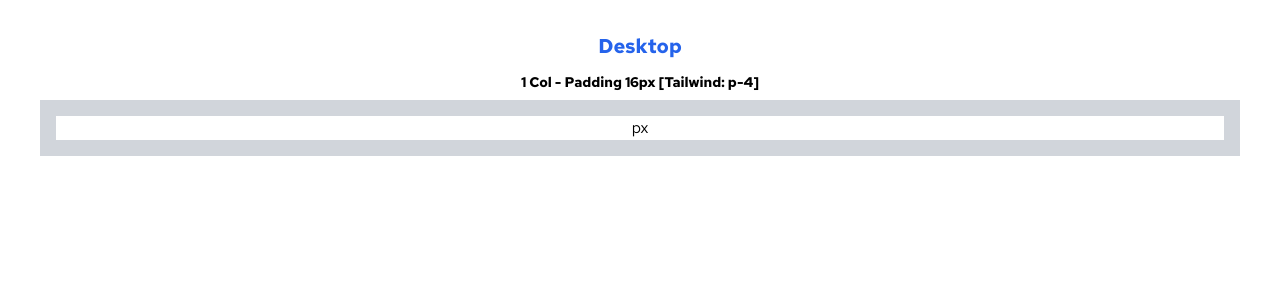
Repository: fabianwurk/vue-tailwind
Page: /
These files come from the project's save history. The page is drawn as it stood at one moment and after the next save; the edit follows.
The browser window is 1280 px wide. The pictures show the whole page.
The project was rebuilt for these pictures with package versions that can differ from the ones it lists, and the page was loaded fresh each time. Also part of the build but not shown: vite.config.js.

Above is the page before, as saved 2021-03-16 23:47:53.
Console error: TypeError: this.innerWidth is not a function

### index.html
<!DOCTYPE html>
<html lang="en">
  <head>
    <link rel="preconnect" href="https://fonts.gstatic.com">
<link href="https://fonts.googleapis.com/css2?family=Red+Hat+Text:wght@400;700&display=swap" rel="stylesheet">
    <meta charset="UTF-8" />
    <link rel="icon" href="/favicon.ico" />
    <meta name="viewport" content="width=device-width, initial-scale=1.0" />
    <title>Vite App</title>
  </head>
  <body>
    <div id="app"></div>
    <script type="module" src="/src/main.js"></script>
  </body>
</html>

### src/App.vue
<template>
  <Large />
  <!--<Medium />-->
</template>

<script setup>
import Large from './components/Large.vue';
// import Medium from './components/Medium.vue';

</script>

### src/index.css
/* ./src/index.css */
@tailwind base;

body {
  font-family: 'Red Hat Text', sans-serif;
}
@tailwind components;
@tailwind utilities;

### src/components/Large.vue
<template>
  <div>

    <div class="container mx-auto">
      <h2 class="text-sm font-bold mb-2 mt-8 text-center">
        <span class="block md:hidden lg:hidden text-center text-blue-600 text-xl">Mobile</span>
        <span class="hidden md:block lg:hidden text-center text-blue-600 text-xl">Tablet</span>
        <span class="hidden md:hidden lg:block text-center text-blue-600 text-xl my-3">Desktop</span>
        1 Col - Padding 16px [Tailwind: p-4]
      </h2>
      <div class="flex items-center">
        <div class="w-full bg-gray-300 mb-4 mt-0 py-4 px-4 text-center">
          <span class="bg-white w-full block" ref="boxWidth">{{width1}}px</span>
        </div>
      </div>
    </div>

  </div>
</template>

<script>
export default {
  data() {
    return {
      width1: null,
    };
  },
  mounted() {
  	this.innerWidth()
  },
  created() {
  window.addEventListener("resize", this.resizeWidthEvent);
  },
  destroyed() {
    window.removeEventListener("resize", this.resizeWidthEvent);
  },
  methods: {
    resizeWidthEvent(e) {
      this.width1 = this.$refs.boxWidth.clientWidth;
    }
  }
}
</script>

### tailwind.config.js
module.exports = {
  purge: ['./index.html', './src/**/*.{vue,js,ts,jsx,tsx}'],
  darkMode: false, // or 'media' or 'class'
  theme: {
    extend: {
      container: {
        'md': {'max': '768px'},
      },
      screens: {
        'xl': {'min': '1200px', 'max': '1280px'},
        '2xl': {'max': '1280px'},
      },
    },
  },
  variants: {
    extend: {},
  },
  plugins: [],
}

Loaded but not shown: src/main.js (common file)

After the next save:
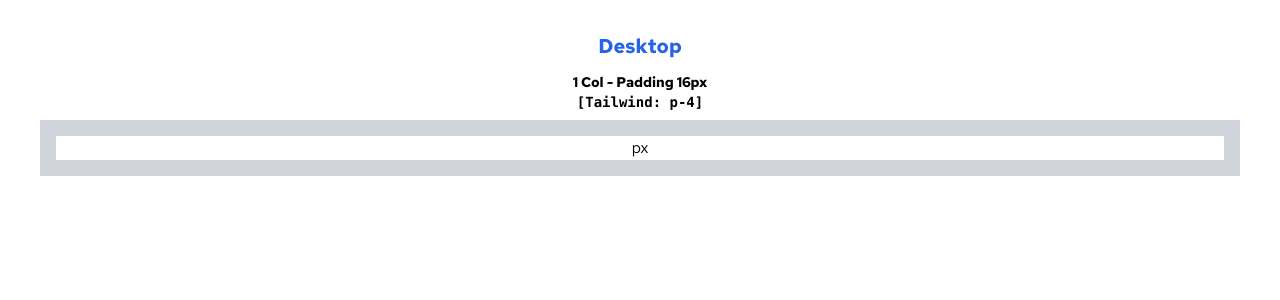
Saved 21 s later.
--- a/src/components/Large.vue
+++ b/src/components/Large.vue
@@ -6,7 +6,7 @@
         <span class="block md:hidden lg:hidden text-center text-blue-600 text-xl">Mobile</span>
         <span class="hidden md:block lg:hidden text-center text-blue-600 text-xl">Tablet</span>
         <span class="hidden md:hidden lg:block text-center text-blue-600 text-xl my-3">Desktop</span>
-        1 Col - Padding 16px [Tailwind: p-4]
+        1 Col - Padding 16px <pre>[Tailwind: p-4]</pre>
       </h2>
       <div class="flex items-center">
         <div class="w-full bg-gray-300 mb-4 mt-0 py-4 px-4 text-center">

After the save that followed:
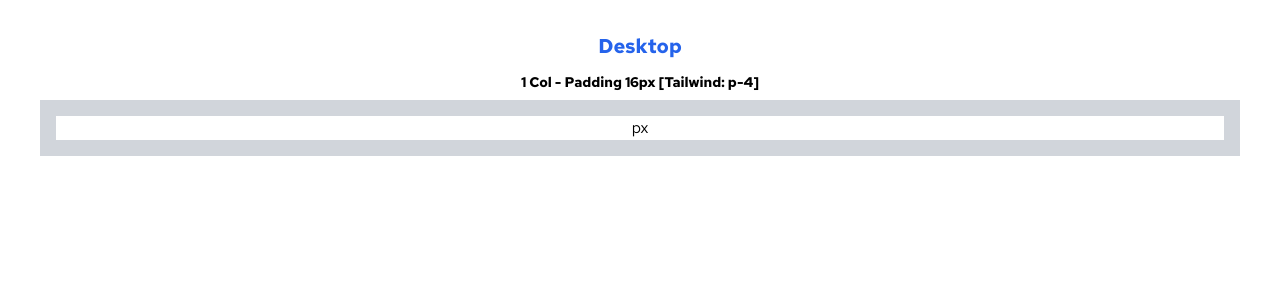
Saved 12 s later.
--- a/src/components/Large.vue
+++ b/src/components/Large.vue
@@ -6,7 +6,7 @@
         <span class="block md:hidden lg:hidden text-center text-blue-600 text-xl">Mobile</span>
         <span class="hidden md:block lg:hidden text-center text-blue-600 text-xl">Tablet</span>
         <span class="hidden md:hidden lg:block text-center text-blue-600 text-xl my-3">Desktop</span>
-        1 Col - Padding 16px <pre>[Tailwind: p-4]</pre>
+        1 Col - Padding 16px [Tailwind: p-4]
       </h2>
       <div class="flex items-center">
         <div class="w-full bg-gray-300 mb-4 mt-0 py-4 px-4 text-center">
